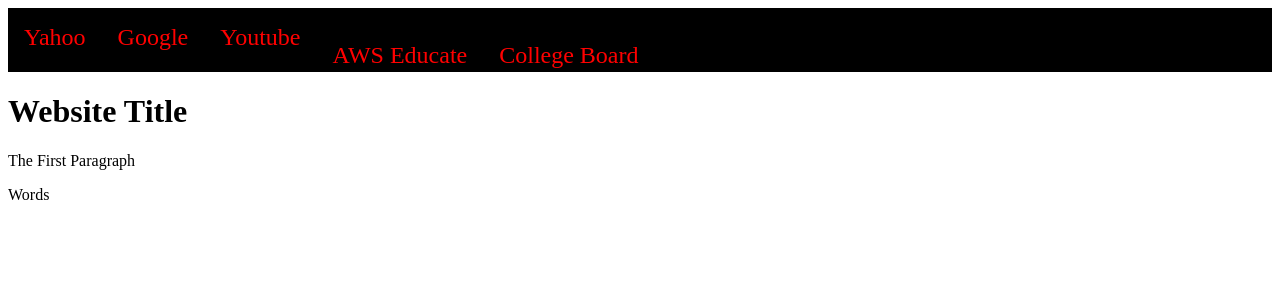
Repository: Kur0bane/Kur0bane.github.io
Page: index.html
The author's editor kept a record of every edit. The page is drawn from the files as they stood at one moment, then again after the next edit.
The browser window is 1280 px wide. The pictures show the whole page.

Above is the page before.

After the next edit:
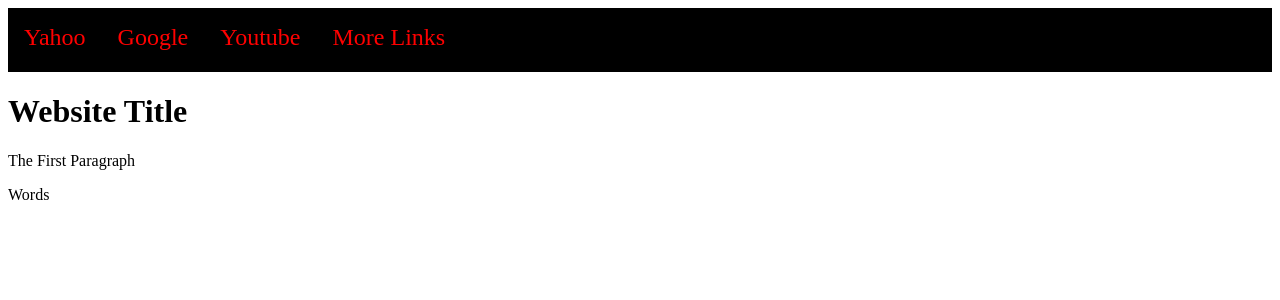
The edit:
--- a/index.html
+++ b/index.html
@@ -19,6 +19,11 @@
         }
 
         .morelinks{
+            color: red;
+            font-size: 24px;
+            text-decoration: none;
+            padding: 16px;
+        }
 
         .navbar a:hover, .morelinks:hover{
             background-color: white;
